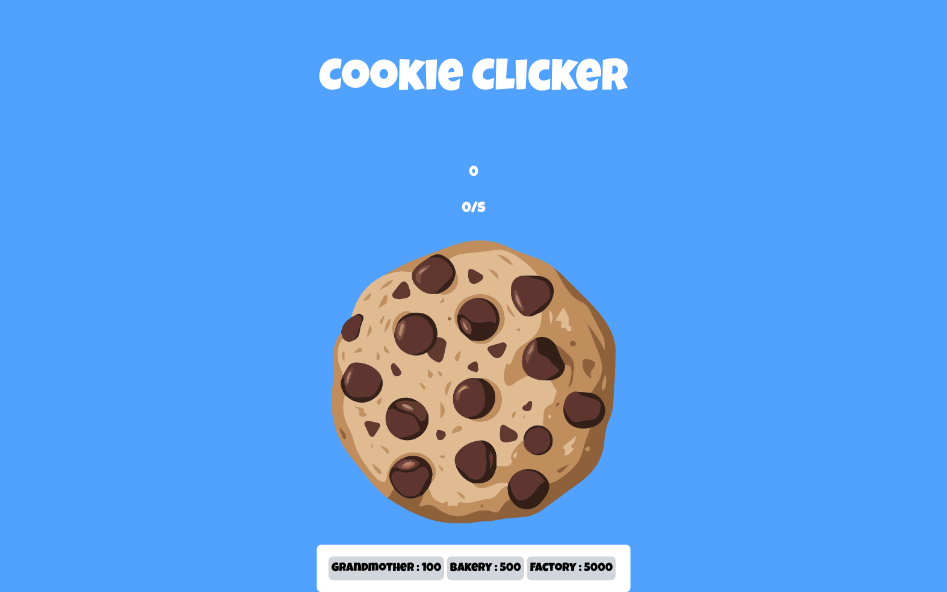
Repository: Cozmoss/cookie_clicker
Page: /
These files come from the project's save history. The page is drawn as it stood at one moment and after a run of saves; the edit follows.
The browser window is 1280 px wide. The pictures show the whole page, at 74% of full size.
The project was rebuilt for these pictures with package versions that can differ from the ones it lists, and the page was loaded fresh each time. Also part of the build but not shown: vite.config.js, src/App.css.

Above is the page before, as saved 2026-04-24 15:44:04.

After the next 5 saves:
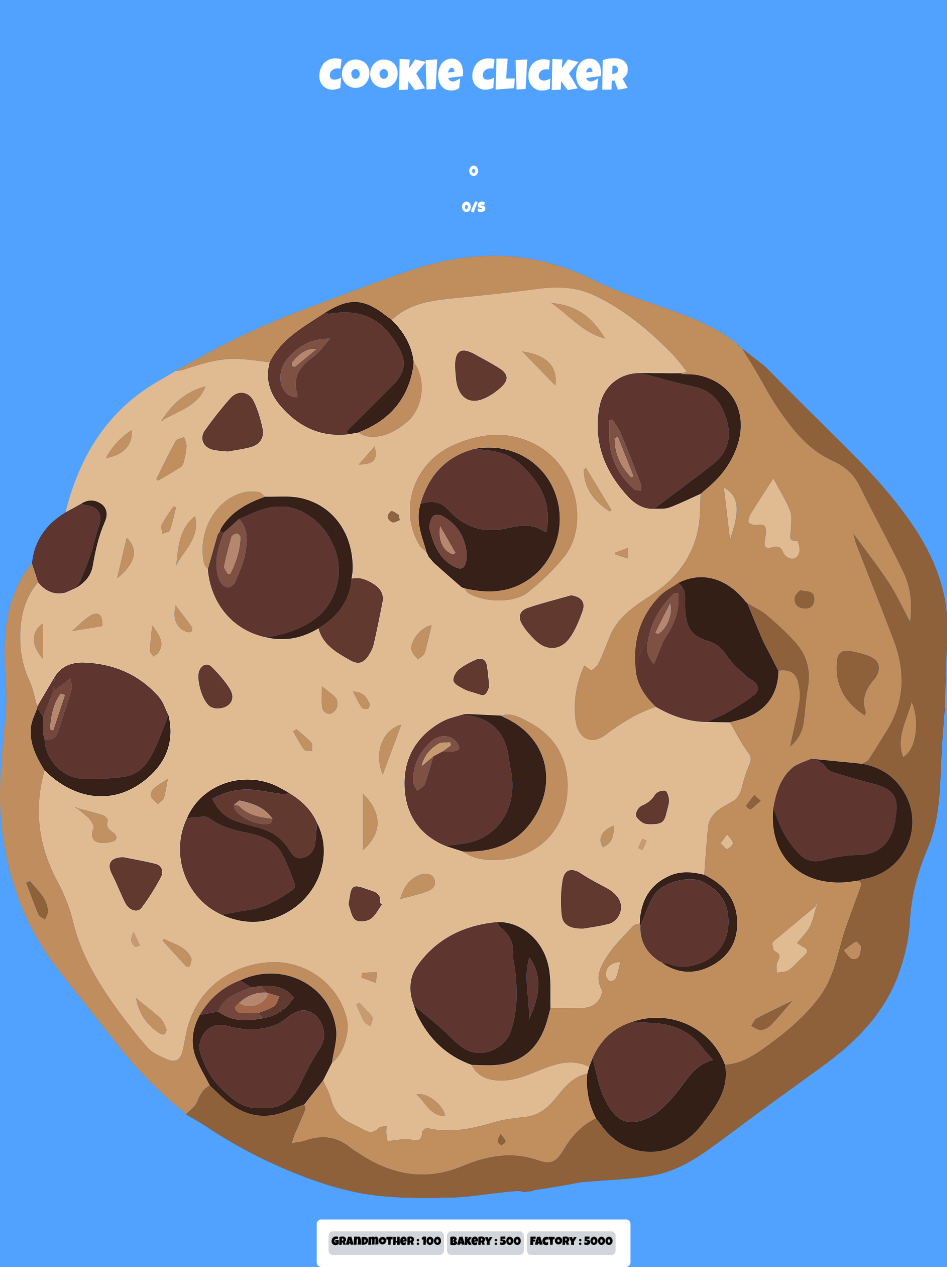
The 5 saves are shown as one change because 2 did not build or start and some came seconds apart.
The last was saved 33 s later.
--- a/src/components/Cookie.jsx
+++ b/src/components/Cookie.jsx
@@ -14,7 +14,7 @@ function Cookie() {
 	return (
 		<div>
 			<button className="cursor-pointer" onClick={handleClick}>
-				<img src={cookie} alt="Cookie" className="w-96" />
+				<img src={cookie} alt="Cookie" className={``} />
 			</button>
 		</div>
 	);
